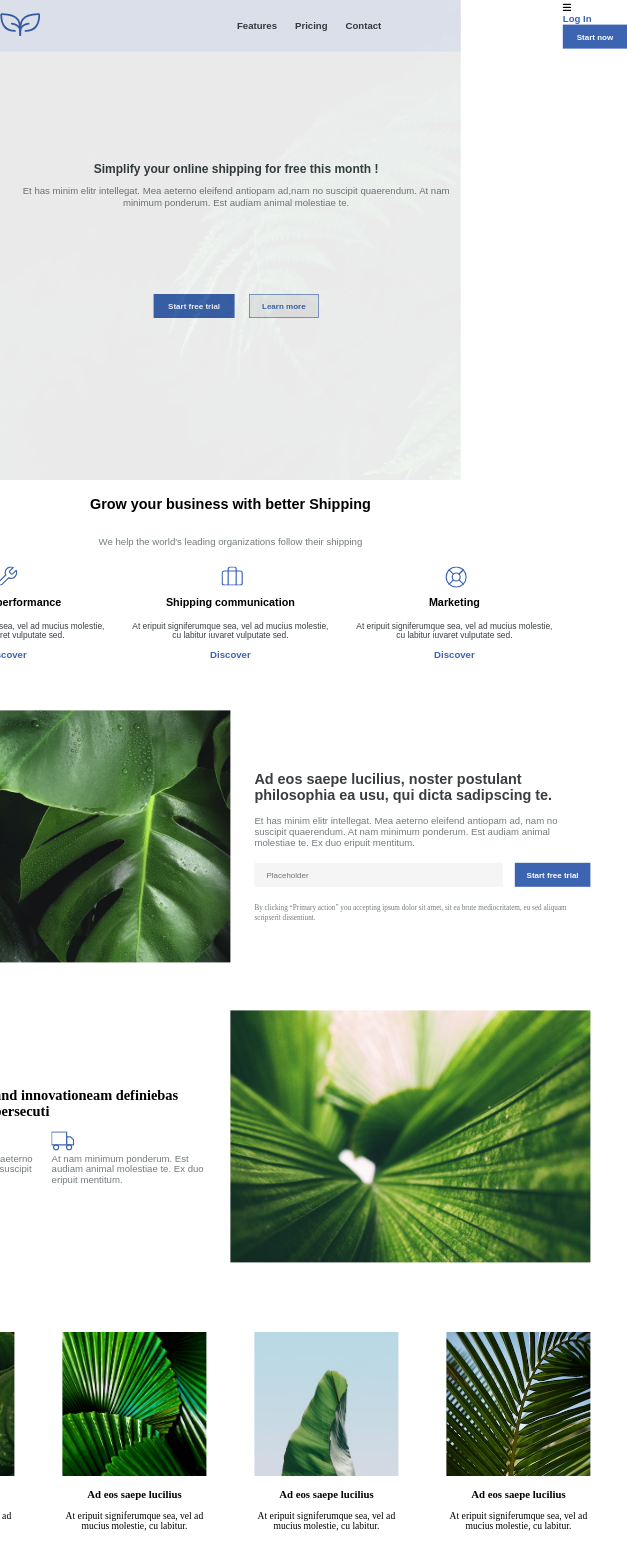
Repository: Mygit2001/LeTuSy_Test_Ecommage
Page: index.html
These files come from the project's save history. The page is drawn as it stood at one moment and after a run of saves; the edit follows.
The browser window is 768 px wide. The page is 1045 px wide, so the pictures cover 1045 px, including what lies to the right of the window. The pictures show the whole page, at 60% of full size.
Some web fonts or font styles are not loaded; a fallback is used. Some web libraries are served in a nearby version.

Above is the page before, as saved 2023-02-15 22:41:24.

After the next 6 saves:
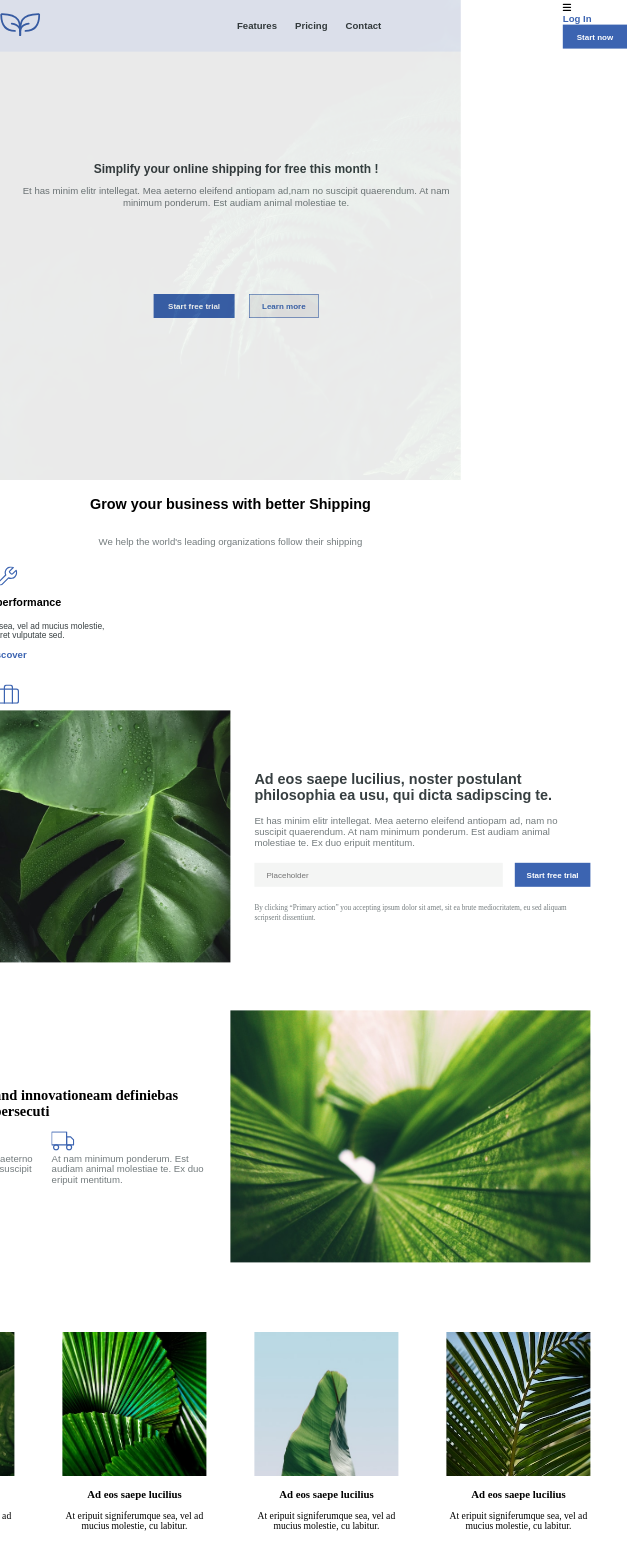
The 6 saves are shown as one change because they came seconds apart.
The last was saved 15 s later.
--- a/assets/css/responsive.css
+++ b/assets/css/responsive.css
@@ -50,6 +50,7 @@
         width: auto;
     }
     .main_content-services {
-        display: ;
+        display: grid;
+        grid-template-columns: 1fr;
     }
 }
